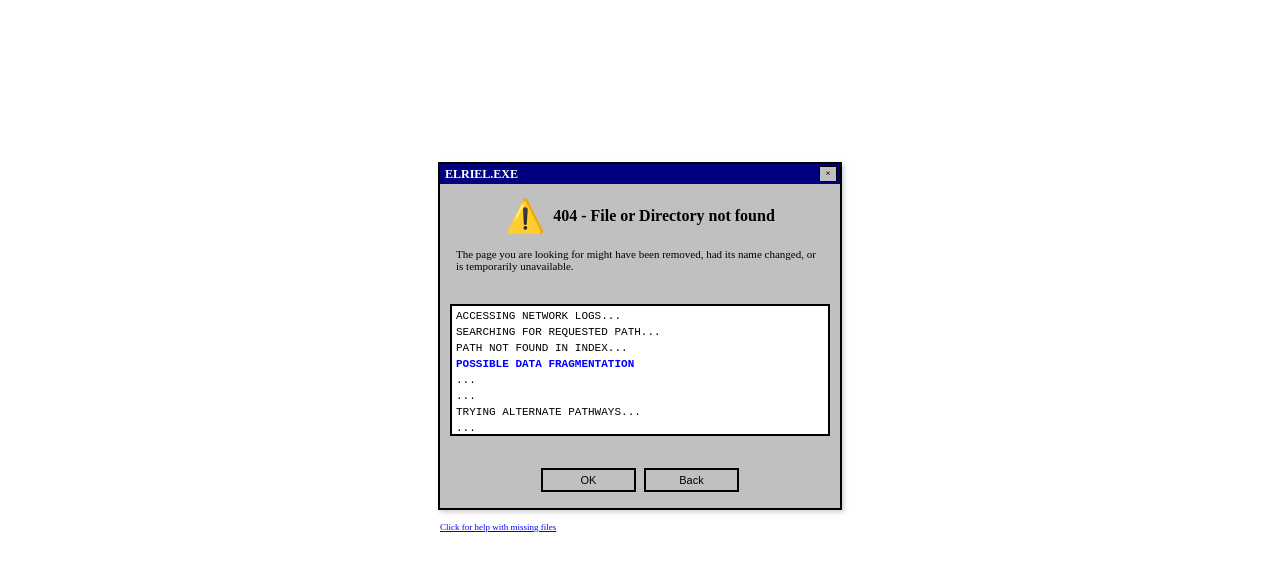
Repository: numbpill3d/elriel_1.0-forum
Page: views/404.html
The author's editor kept a copy of each file at every save. The page is drawn from the files as they stood at one save, then again after the next save.
The browser window is 1280 px wide. The pictures show the whole page.
Some web fonts or font styles are not loaded; a fallback is used.

Above is the page before, as saved 2025-05-01 13:03:42.

### views/404.html
<!DOCTYPE html>
<html lang="en">
<head>
  <meta charset="UTF-8">
  <meta name="viewport" content="width=device-width, initial-scale=1.0">
  <title>404 NOT FOUND | ELRIEL</title>
  <link rel="stylesheet" href="/css/win98.css">
  <script src="/js/glitch.js" defer></script>
  <style>
    body {
      padding: 40px;
    }

    .notfound-container {
      display: flex;
      flex-direction: column;
      align-items: center;
      justify-content: center;
      height: 80vh;
      text-align: center;
    }

    .error-dialog {
      background-color: var(--win98-bg);
      border-width: 2px;
      border-style: solid;
      border-color: var(--win98-border-light) var(--win98-border-darker) var(--win98-border-darker) var(--win98-border-light);
      box-shadow: 2px 2px 5px rgba(0, 0, 0, 0.2);
      width: 400px;
      position: relative;
    }

    .error-titlebar {
      background-color: var(--win98-title-bg);
      color: var(--win98-title-text);
      padding: 2px 3px;
      display: flex;
      justify-content: space-between;
      align-items: center;
      font-size: 11px;
      font-weight: bold;
    }

    .error-window-controls {
      display: flex;
    }

    .error-window-control {
      width: 16px;
      height: 14px;
      margin-left: 2px;
      background-color: var(--win98-button-face);
      border-width: 1px;
      border-style: solid;
      border-color: var(--win98-border-light) var(--win98-border-darker) var(--win98-border-darker) var(--win98-border-light);
      font-size: 9px;
      line-height: 12px;
      text-align: center;
      color: black;
    }

    .error-content {
      padding: 16px;
      display: flex;
      flex-direction: column;
      align-items: center;
    }

    .error-icon {
      width: 32px;
      height: 32px;
      margin-right: 16px;
      background-color: var(--win98-bg);
      display: inline-block;
      font-size: 32px;
      line-height: 32px;
    }

    .error-header {
      display: flex;
      align-items: center;
      margin-bottom: 16px;
    }

    .error-text {
      text-align: left;
      font-size: 11px;
      margin-bottom: 16px;
    }

    .button-row {
      display: flex;
      justify-content: center;
      margin-top: 16px;
    }

    .win98-button {
      display: inline-block;
      padding: 4px 8px;
      background-color: var(--win98-button-face);
      color: var(--win98-text);
      border-width: 2px;
      border-style: solid;
      border-color: var(--win98-border-light) var(--win98-border-darker) var(--win98-border-darker) var(--win98-border-light);
      box-shadow: 1px 1px 0px var(--win98-border-dark);
      font-family: 'MS Sans Serif', sans-serif;
      font-size: 11px;
      text-decoration: none;
      margin: 0 4px;
      min-width: 75px;
      text-align: center;
      cursor: pointer;
    }

    .win98-button:active {
      border-color: var(--win98-border-darker) var(--win98-border-light) var(--win98-border-light) var(--win98-border-darker);
      box-shadow: 1px 1px 0px rgba(0,0,0,0.1) inset;
    }

    .error-log {
      width: 100%;
      height: 120px;
      overflow-y: auto;
      background-color: white;
      border-width: 2px;
      border-style: solid;
      border-color: var(--win98-border-darker) var(--win98-border-light) var(--win98-border-light) var(--win98-border-darker);
      margin: 16px 0;
      padding: 4px;
      font-family: 'Courier New', monospace;
      font-size: 11px;
      text-align: left;
    }

    .notfound-line {
      margin-bottom: 4px;
      color: #000000;
    }

    .notfound-line.highlight {
      color: #0000ff;
      font-weight: bold;
    }

    .hidden-hint {
      position: absolute;
      bottom: -24px;
      left: 0;
      font-size: 9px;
      color: #0000ff;
      cursor: help;
      text-decoration: underline;
    }
  </style>
</head>
<body>
  <div class="notfound-container">
    <div class="error-dialog">
      <div class="error-titlebar">
        <div class="win98-titlebar-text">ELRIEL.EXE</div>
        <div class="error-window-controls">
          <div class="error-window-control">×</div>
        </div>
      </div>
      <div class="error-content">
        <div class="error-header">
          <div class="error-icon">⚠️</div>
          <b>404 - File or Directory not found</b>
        </div>

        <div class="error-text">
          The page you are looking for might have been removed, had its name changed, or is temporarily unavailable.
        </div>

        <div class="error-log">
      <div class="notfound-line">ACCESSING NETWORK LOGS...</div>
      <div class="notfound-line">SEARCHING FOR REQUESTED PATH...</div>
      <div class="notfound-line">PATH NOT FOUND IN INDEX...</div>
      <div class="notfound-line highlight">POSSIBLE DATA FRAGMENTATION</div>
      <div class="notfound-line">...</div>
      <div class="notfound-line">...</div>
      <div class="notfound-line">TRYING ALTERNATE PATHWAYS...</div>
      <div class="notfound-line">...</div>
      <div class="notfound-line">...</div>
      <div class="notfound-line highlight">THE PATH IS OBSCURED</div>
      <div class="notfound-line">...</div>
      <div class="notfound-line">...</div>
      <div class="notfound-line">CONSIDER ALTERNATE ROUTES</div>
      <div class="notfound-line">...</div>
      <div class="notfound-line highlight">LOOK FOR GLITCHES IN THE SYSTEM</div>
      <div class="notfound-line">...</div>
      <div class="notfound-line">...</div>
      <div class="notfound-line">WHISPERS MAY HOLD CLUES</div>
      <div class="notfound-line">...</div>
      <div class="notfound-line highlight">THE NUMBPILL CELL IS A START</div>
        </div>

        <div class="button-row">
          <a href="/" class="win98-button">OK</a>
          <a href="javascript:history.back()" class="win98-button">Back</a>
        </div>

        <div class="hidden-hint" onclick="revealHint()">Click for help with missing files</div>
      </div>
    </div>
  </div>

  <script>
    // Reveal hint function (ARG element)
    function revealHint() {
      const hintMessage = document.createElement('div');
      hintMessage.className = 'corrupt-text';
      hintMessage.textContent = 'TRY TYPING "HELP" OR "VOID" IN THE TERMINAL';
      hintMessage.setAttribute('data-text', 'TRY TYPING "HELP" OR "VOID" IN THE TERMINAL');
      hintMessage.style.position = 'fixed';
      hintMessage.style.bottom = '40px';
      hintMessage.style.left = '10px';
      hintMessage.style.color = 'var(--terminal-blue)';

      document.body.appendChild(hintMessage);

      // Remove after 5 seconds
      setTimeout(() => {
        hintMessage.remove();
      }, 5000);
    }

    // Add random glitches to the details
    function addRandomGlitch() {
      const detailLines = document.querySelectorAll('.notfound-line');
      const randomIndex = Math.floor(Math.random() * detailLines.length);
      const line = detailLines[randomIndex];

      // Skip highlighted lines
      if (line.classList.contains('highlight')) {
        return;
      }

      const originalText = line.textContent;
      const glitchChars = '!@#$%^&*()_+-=[]{}|;:,.<>?/\\`~░▒▓█▄▀■□▪▫▬▲►▼◄◊○●◘◙☺☻♥♦♣♠♂♀♪♫☼►◄▲▼§¶';

      // Generate glitched text
      let glitchedText = '';
      for (let i = 0; i < originalText.length; i++) {
        if (Math.random() < 0.1) {
          glitchedText += glitchChars.charAt(Math.floor(Math.random() * glitchChars.length));
        } else {
          glitchedText += originalText.charAt(i);
        }
      }

      // Apply glitched text
      line.textContent = glitchedText;

      // Restore original text after a short delay
      setTimeout(() => {
        line.textContent = originalText;
      }, 500);
    }

    // Apply random glitches periodically
    setInterval(addRandomGlitch, 1000);
  </script>
</body>
</html>

### public/css/win98.css
/* Elriel - Windows 98 Style CSS - Minimal Version */
/* For retro profile windows */

:root {
  --win98-bg: #c0c0c0;
  --win98-light: #ffffff;
  --win98-shadow: #808080;
  --win98-dark: #404040;
  --win98-title-bg: #000080;
  --win98-title-text: #ffffff;
  --win98-button-face: #c0c0c0;
  --win98-window-body: #c0c0c0;
  --win98-window-text: #000000;
  --win98-border-width: 2px;
  --win98-font: 'MS Sans Serif', 'Segoe UI', Tahoma, sans-serif;
}

/* Basic window container */
.win98-window {
  position: relative;
  background-color: var(--win98-bg);
  border: var(--win98-border-width) solid;
  border-color: var(--win98-light) var(--win98-dark) var(--win98-dark) var(--win98-light);
  box-shadow: 2px 2px 10px rgba(0, 0, 0, 0.3);
  min-width: 200px;
  min-height: 150px;
  margin: 15px;
  font-family: var(--win98-font);
  font-size: 12px;
  color: var(--win98-window-text);
}

/* Titlebar */
.win98-titlebar {
  background-color: var(--win98-title-bg);
  color: var(--win98-title-text);
  padding: 2px 3px;
  display: flex;
  justify-content: space-between;
  align-items: center;
}

.win98-titlebar-text {
  font-weight: bold;
  font-size: 12px;
  margin-left: 2px;
}

/* Window content area */
.win98-content {
  padding: 8px;
  position: relative;
  background-color: var(--win98-window-body);
}

/* Profile windows container */
.profile-windows-container {
  width: 100%;
  min-height: 100px;
  position: relative;
  margin-top: 20px;
  border: 1px dashed var(--terminal-dim-green);
  padding: 10px;
  text-align: center;
}

/* Placeholder when no windows */
.profile-windows-container:empty:before {
  content: "Windows 98 Experience will appear here";
  color: var(--terminal-dim);
  font-style: italic;
  display: block;
  padding: 20px;
}

/* Extra CSS to ensure cursor is visible */
body, html, button, a, input, textarea, select, [contenteditable] {
  cursor: default !important;
}

input, textarea, [contenteditable] {
  caret-color: var(--cursor-color, #00ff00) !important;
}

a, button, .clickable {
  cursor: pointer !important;
}

/* Fix for links */
a:hover {
  text-decoration: underline;
}

### public/css/main.css
/* Elriel - Main CSS Styles */
/* Terminal-based haunted network aesthetic */

/* Import fonts */
@import url('https://fonts.googleapis.com/css2?family=VT323&family=Share+Tech+Mono&display=swap');

/* CSS Variables */
:root {
  --bg-color: #f0f0f0;
  --terminal-bg: #ffffff;
  --terminal-green: #008800;
  --terminal-dim-green: #006600;
  --terminal-blue: #0066cc;
  --terminal-red: #cc0033;
  --terminal-purple: #9900cc;
  --terminal-text: #333333;
  --terminal-bright: #000000;
  --terminal-dim: #777777;
  --terminal-font: 'Share Tech Mono', monospace;
  --header-font: 'VT323', monospace;
  --glow-color: rgba(0, 100, 0, 0.3);
  --panel-bg: rgba(240, 250, 240, 0.9);
  --panel-border: 1px solid rgba(0, 120, 0, 0.3);
  --sidebar-bg: rgba(230, 240, 230, 0.9);
  --cursor-color: var(--terminal-green);
}

/* Reset and Base Styles */
* {
  margin: 0;
  padding: 0;
  box-sizing: border-box;
}

/* Global cursor style */
html {
  cursor: default;
}

html, body {
  height: 100%;
  width: 100%;
  overflow-x: hidden;
}

body {
  font-family: var(--terminal-font);
  background-color: var(--bg-color);
  color: var(--terminal-text);
  line-height: 1.6;
  position: relative;
  overflow-y: auto;
}

/* Screen Effects */
.noise-overlay {
  position: fixed;
  top: 0;
  left: 0;
  right: 0;
  bottom: 0;
  /* Use CSS-based noise effect instead of image */
  background-image: url("data:[embedded picture, 304 characters]");
  opacity: 0.01;
  pointer-events: none;
  z-index: 1000;
}

.scan-lines {
  position: fixed;
  top: 0;
  left: 0;
  right: 0;
  bottom: 0;
  background: linear-gradient(
    to bottom,
    rgba(0, 0, 0, 0) 50%,
    rgba(0, 0, 0, 0.03) 50%
  );
  background-size: 100% 4px;
  pointer-events: none;
  z-index: 1001;
}

/* Terminal Body */
.terminal {
  background-color: var(--terminal-bg);
  color: var(--terminal-text);
  text-shadow: 0 0 5px var(--glow-color);
  min-height: 100vh;
}

.container {
  width: 100%;
  max-width: 1400px;
  margin: 0 auto;
  padding: 0 15px;
}

/* Header */
.main-header {
  display: flex;
  justify-content: space-between;
  align-items: center;
  padding: 1rem 0;
  border-bottom: var(--panel-border);
}

.logo {
  display: flex;
  flex-direction: column;
}

.logo h1 {
  font-family: var(--header-font);
  font-size: 3rem;
  color: var(--terminal-green);
  margin: 0;
  letter-spacing: 0.5rem;
}

.logo-subtitle {
  font-size: 0.8rem;
  color: var(--terminal-dim);
  letter-spacing: 0.1rem;
}

.user-panel {
  text-align: right;
}

.logged-in, .logged-out {
  display: flex;
  flex-direction: column;
  align-items: flex-end;
}

.username {
  color: var(--terminal-bright);
  font-weight: bold;
  margin-bottom: 0.3rem;
}

.user-links a {
  margin-left: 1rem;
  font-size: 0.8rem;
}

.login-btn, .register-btn {
  display: inline-block;
  padding: 0.3rem 1rem;
  margin-left: 0.5rem;
  border: 1px solid var(--terminal-green);
  color: var(--terminal-green);
  text-decoration: none;
  font-size: 0.9rem;
  transition: all 0.3s ease;
}

.login-btn:hover, .register-btn:hover {
  background-color: var(--terminal-green);
  color: var(--terminal-bg);
}

/* Content Layout */
.content-wrapper {
  display: flex;
  min-height: calc(100vh - 150px);
}

/* Sidebar */
.sidebar {
  width: 250px;
  background-color: var(--sidebar-bg);
  padding: 1.5rem 1rem;
  border-right: var(--panel-border);
}

.nav-section {
  margin-bottom: 2rem;
}

.nav-title {
  font-family: var(--header-font);
  color: var(--terminal-dim-green);
  font-size: 1.2rem;
  margin-bottom: 0.8rem;
  border-bottom: 1px solid var(--terminal-dim-green);
  padding-bottom: 0.3rem;
}

.nav-links {
  list-style: none;
}

.nav-links li {
  margin-bottom: 0.5rem;
}

.nav-links a {
  display: block;
  padding: 0.5rem;
  color: var(--terminal-text);
  text-decoration: none;
  transition: all 0.3s ease;
  border-left: 3px solid transparent;
}

.nav-links a:hover, .nav-links a.active {
  color: var(--terminal-green);
  border-left-color: var(--terminal-green);
  background-color: rgba(0, 255, 0, 0.05);
}

.district {
  position: relative;
}

.district.locked::after {
  content: "🔒";
  position: absolute;
  right: 10px;
  top: 50%;
  transform: translateY(-50%);
  font-size: 0.8rem;
}

/* Main Content */
.main-content {
  flex: 1;
  padding: 1.5rem;
  display: grid;
  grid-template-columns: 1fr;
  grid-gap: 1.5rem;
}

/* Panels */
.welcome-panel, .announcement-panel, .featured-panel {
  background-color: var(--panel-bg);
  border: var(--panel-border);
  border-radius: 4px;
  overflow: hidden;
}

.panel-header {
  display: flex;
  justify-content: space-between;
  align-items: center;
  padding: 0.8rem 1rem;
  background-color: rgba(0, 0, 0, 0.3);
  border-bottom: var(--panel-border);
}

.panel-header h2 {
  font-family: var(--header-font);
  color: var(--terminal-green);
  font-size: 1.3rem;
  margin: 0;
}

.status-indicator {
  font-size: 0.8rem;
  padding: 0.2rem 0.5rem;
  background-color: var(--terminal-dim-green);
  color: var(--terminal-bg);
  border-radius: 3px;
}

.status-indicator.alert {
  background-color: var(--terminal-red);
  animation: blink 2s infinite;
}

/* Terminal Output */
.terminal-output {
  padding: 1rem;
  height: 300px;
  overflow-y: auto;
  font-family: var(--terminal-font);
  background-color: rgba(0, 0, 0, 0.5);
}

.line {
  margin-bottom: 0.5rem;
  white-space: pre-wrap;
}

.blink {
  animation: blink 1s infinite;
}

.prompt {
  color: var(--terminal-green);
  margin-right: 0.5rem;
}

.command-line {
  display: flex;
  align-items: center;
}

#terminal-input {
  background: transparent;
  border: none;
  color: var(--terminal-bright);
  font-family: var(--terminal-font);
  font-size: 1rem;
  flex: 1;
  outline: none;
  caret-color: var(--cursor-color);
}

/* Cursor Styles */
input, textarea, [contenteditable="true"] {
  caret-color: var(--cursor-color);
}

a:hover, button:hover, .nav-links a:hover, .post-title a:hover {
  cursor: pointer;
}

/* Announcement Panel */
.announcement-content {
  padding: 1rem;
}

.announcement-title {
  color: var(--terminal-red);
  margin-bottom: 0.5rem;
  font-family: var(--header-font);
  font-size: 1.2rem;
}

.announcement-body {
  margin-bottom: 1rem;
  line-height: 1.6;
}

.announcement-timestamp {
  font-size: 0.8rem;
  color: var(--terminal-dim);
  text-align: right;
}

/* Activity Feed */
.featured-content {
  padding: 1rem;
}

.activity-item {
  margin-bottom: 0.8rem;
  padding-bottom: 0.8rem;
  border-bottom: 1px solid rgba(255, 255, 255, 0.1);
}

.activity-time {
  font-size: 0.8rem;
  color: var(--terminal-dim);
  margin-right: 0.5rem;
}

/* Footer */
.main-footer {
  display: flex;
  justify-content: space-between;
  align-items: center;
  padding: 1rem 0;
  border-top: var(--panel-border);
  font-size: 0.8rem;
  color: var(--terminal-dim);
}

.footer-glyphs {
  display: flex;
}

.glyph {
  margin-left: 1rem;
  font-size: 1.2rem;
  color: var(--terminal-dim-green);
}

/* Utility Classes */
.sr-only {
  position: absolute;
  width: 1px;
  height: 1px;
  padding: 0;
  margin: -1px;
  overflow: hidden;
  clip: rect(0, 0, 0, 0);
  white-space: nowrap;
  border-width: 0;
}

/* Animations */
@keyframes blink {
  0%, 49% {
    opacity: 1;
  }
  50%, 100% {
    opacity: 0.5;
  }
}

/* Responsive Design */
@media (max-width: 768px) {
  .content-wrapper {
    flex-direction: column;
  }

  .sidebar {
    width: 100%;
    border-right: none;
    border-bottom: var(--panel-border);
    padding: 1rem 0;
  }

  .main-header {
    flex-direction: column;
    text-align: center;
  }

  .logo {
    margin-bottom: 1rem;
  }

  .user-panel {
    text-align: center;
  }

  .logged-in, .logged-out {
    align-items: center;
  }
}

### public/js/navigation-debug.js
/**
 * Elriel - Navigation Debugging
 * This file helps diagnose navigation issues in the application
 */

// Log all navigation attempts
window.navigationDebug = true;

document.addEventListener('DOMContentLoaded', function() {
  console.log("[NAV DEBUG] Page loaded:", window.location.pathname);

  // Define known and old-style paths
  const knownPaths = [
    '/',
    '/feed/bleedstream',
    '/glyph/crucible',
    '/whisper/board',
    '/terminal/numbpill',
    '/terminal/void',
    '/profile',
    '/auth/login',
    '/auth/register',
    '/auth/logout',
    '/about',
    '/health',
    '/static',
    '/images',
    '/css',
    '/js',
    '/uploads'
  ];

  const oldStylePaths = {
    '/bleedstream.html': '/feed/bleedstream',
    '/glyph-crucible.html': '/glyph/crucible',
    '/whisperboard.html': '/whisper/board',
    '/numbpill.html': '/terminal/numbpill',
    '/login': '/auth/login',
    '/register': '/auth/register',
    '/secrets/numbpill': '/terminal/numbpill',
    '/secrets/void': '/terminal/void',
    '/bleedstream': '/feed/bleedstream',
    '/glyph-crucible': '/glyph/crucible',
    '/whisperboard': '/whisper/board',
    '/numbpill': '/terminal/numbpill',
    '/void': '/terminal/void'
  };

  // Log and fix navigation
  const links = document.querySelectorAll('a[href]');
  links.forEach(link => {
    const originalHref = link.getAttribute('href');

    // Fix old-style links
    if (originalHref && oldStylePaths[originalHref]) {
      console.log("[NAV DEBUG] Fixing old-style link:", originalHref, "->", oldStylePaths[originalHref]);
      link.setAttribute('href', oldStylePaths[originalHref]);
    }

    // Add click listener for logging
    link.addEventListener('click', function(e) {
      if (window.navigationDebug) {
        console.log("[NAV DEBUG] Link clicked:", this.href);

        // Check if it's an unknown path
        const path = new URL(this.href, window.location.origin).pathname;
        if (!knownPaths.includes(path) && !path.startsWith('/static/') && !path.startsWith('/images/')) {
          console.warn("[NAV DEBUG] Potentially unknown path:", path);

          // Show error notification if available
          if (typeof showErrorNotification === 'function') {
            e.preventDefault();
            showErrorNotification(path);
            setTimeout(() => {
              window.location.href = this.href;
            }, 1000);
          }
        }
      }
    });
  });

  console.log("[NAV DEBUG] Attached listeners to", links.length, "links");

  // Force add user login buttons if missing
  const userPanel = document.getElementById('user-status');
  if (userPanel && (!userPanel.innerHTML || userPanel.innerHTML.trim() === '')) {
    console.log("[NAV DEBUG] Adding login buttons to empty user panel");
    userPanel.innerHTML = `
      <div class="logged-out">
        <a href="/auth/login" class="win98-btn login-btn">LOGIN</a>
        <a href="/auth/register" class="win98-btn register-btn">REGISTER</a>
      </div>
    `;
  }
});

Loaded but not shown: public/js/glitch.js (234 lines, source omitted); public/js/error-logger.js (167 lines, source omitted)

After the next save:
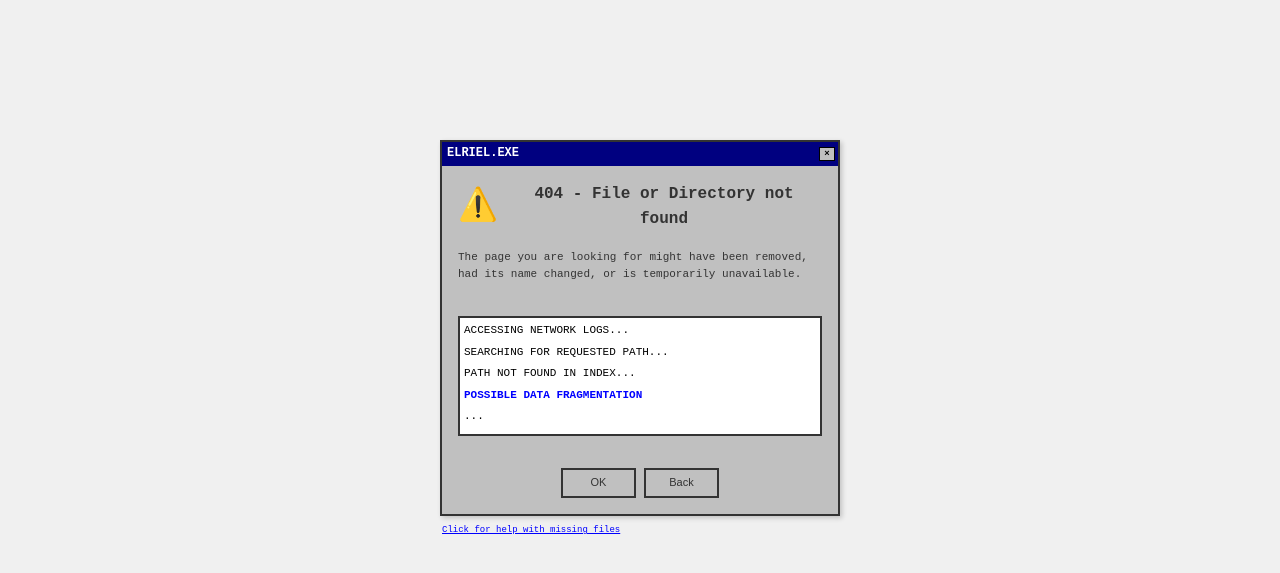
Saved 44 s later.
--- a/views/404.html
+++ b/views/404.html
@@ -4,8 +4,16 @@
   <meta charset="UTF-8">
   <meta name="viewport" content="width=device-width, initial-scale=1.0">
   <title>404 NOT FOUND | ELRIEL</title>
+
+  <!-- SEO Meta Tags -->
+  <meta name="description" content="Page not found - ELRIEL terminal network. The path you're looking for might be hidden or corrupted.">
+  <meta name="robots" content="noindex, follow">
+
   <link rel="stylesheet" href="/css/win98.css">
+  <link rel="stylesheet" href="/css/main.css">
   <script src="/js/glitch.js" defer></script>
+  <script src="/js/error-logger.js" defer></script>
+  <script src="/js/navigation-debug.js" defer></script>
   <style>
     body {
       padding: 40px;
